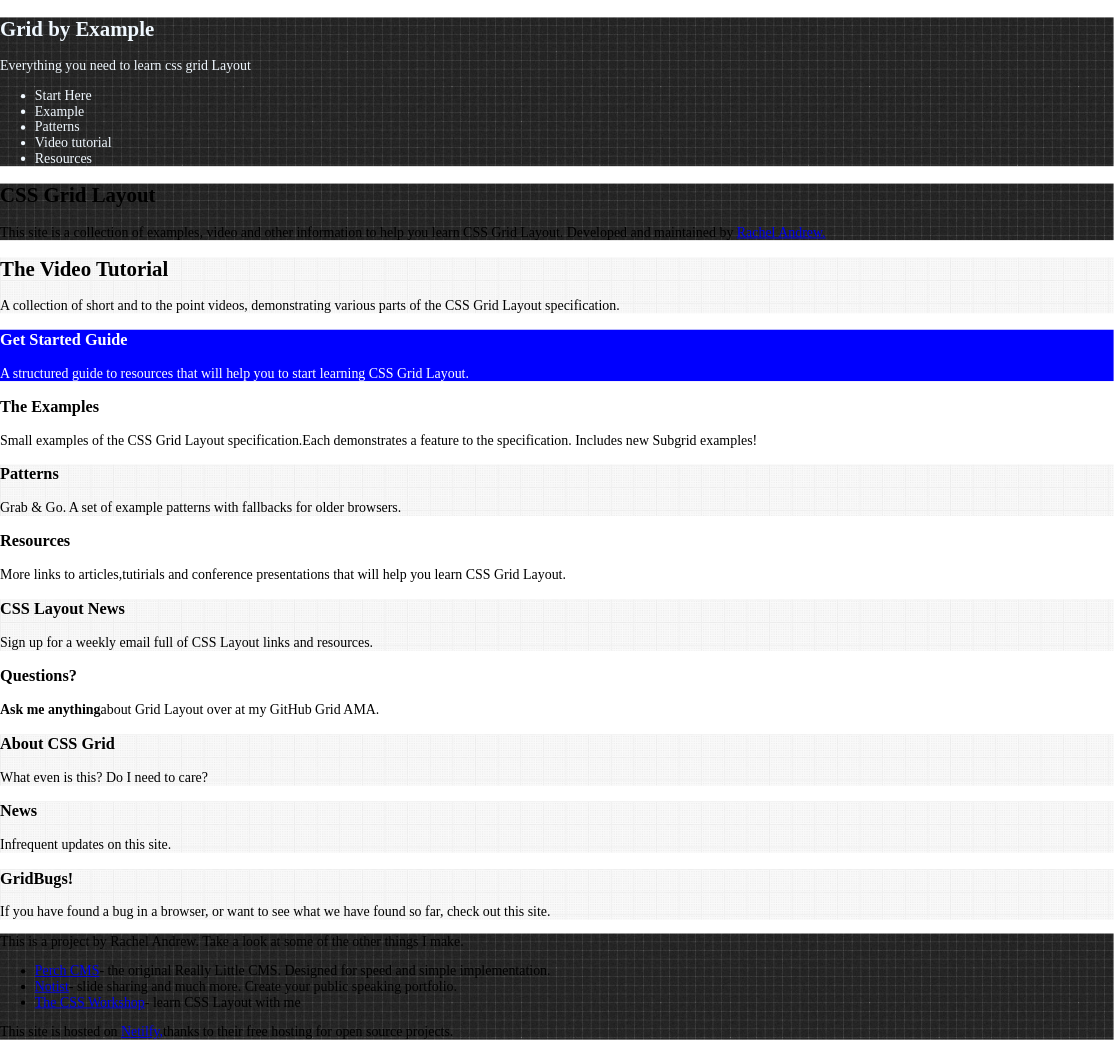
Repository: sitikhusushan/grid
Page: index.html
The author's editor kept a copy of each file at every save. The page is drawn from the files as they stood at one save, then again after the next save.
The browser window is 1280 px wide. The pictures show the whole page, at 87% of full size.

Above is the page before, as saved 2020-05-12 14:08:41.

### index.html
<!DOCTYPE html>
<html lang="en">
  <head>
    <meta charset="UTF-8" />
    <meta name="viewport" content="width=device-width, initial-scale=1.0" />
    <title>Grid View</title>
    <link rel="stylesheet" href="style.css" />
  </head>
  <body>
    <div class="header">
      <div class="container">
        <h2>Grid by Example</h2>
        <p>Everything you need to learn css grid Layout</p>
        <ul>
          <li>Start Here</li>
          <li>Example</li>
          <li>Patterns</li>
          <li>Video tutorial</li>
          <li>Resources</li>
        </ul>
      </div>
    </div>
    <div class="layout">
      <div class="container">
        <div class="left">
          <h2>CSS Grid Layout</h2>
          <p>
            This site is a collection of examples, video and other information
            to help you learn CSS Grid Layout. Developed and maintained by
            <a href="#">Rachel Andrew.</a>
          </p>
        </div>
        <div class="right">
          <h2>The Video Tutorial</h2>
          <p>
            A collection of short and to the point videos, demonstrating various
            parts of the CSS Grid Layout specification.
          </p>
        </div>
      </div>
    </div>
    <div class="guide">
      <div class="container">
        <h3>Get Started Guide</h3>
        <p>
          A structured guide to resources that will help you to start learning
          CSS Grid Layout.
        </p>
      </div>
    </div>
    <div class="new">
      <div class="container">
        <div class="left">
          <h3>The Examples</h3>
          <p>
            Small examples of the CSS Grid Layout specification.Each
            demonstrates a feature to the specification. Includes new Subgrid
            examples!
          </p>
        </div>
        <div class="right">
          <h3>Patterns</h3>
          <p>
            Grab & Go. A set of example patterns with fallbacks for older
            browsers.
          </p>
        </div>
      </div>
    </div>
    <div class="resources">
      <div class="container">
        <div class="left">
          <h3>Resources</h3>
          <p>
            More links to articles,tutirials and conference presentations that
            will help you learn CSS Grid Layout.
          </p>
        </div>
        <div class="right">
          <h3>CSS Layout News</h3>
          <p>
            Sign up for a weekly email full of CSS Layout links and resources.
          </p>
        </div>
      </div>
    </div>
    <div class="question">
      <div class="container">
        <div class="left">
          <h3>Questions?</h3>
          <p>
            <b>Ask me anything</b>about Grid Layout over at my GitHub Grid AMA.
          </p>
        </div>
        <div class="middle">
          <h3>About CSS Grid</h3>
          <p>What even is this? Do I need to care?</p>
        </div>
        <div class="right">
          <h3>News</h3>
          <p>Infrequent updates on this site.</p>
        </div>
      </div>
    </div>
    <div class="bugs">
      <div class="container">
        <h3>GridBugs!</h3>
        <p>
          If you have found a bug in a browser, or want to see what we have
          found so far, check out this site.
        </p>
      </div>
    </div>
  <footer>
    <div class="foo">
      <p>This is a project by Rachel Andrew. Take a look at some of the other things I make.
        <ul>
          <li><a href="#">Perch CMS</a>- the original Really Little CMS. Designed for speed and simple implementation.</li>
          <li><a href="#">Notist</a>- slide sharing and much more. Create your public speaking portfolio.</li>
          <li><a href="#">The CSS Workshop</a>- learn CSS Layout with me</li>
        </ul>
        This site is hosted on <a href="#">Netilfy,</a>thanks to their free hosting for open source projects.
      </p>
    </div>
  </footer>
  </body>
</html>

### style.css
body {
  padding: 0px;
  margin: 0px;
}

.header {
  background-image: url("image/inflicted.png");
  color: aliceblue;
}

.layout .left {
  background-image: url("image/inflicted.png");
}

.right {
  background-image: url("image/tiny_grid.png");
}

.guide {
  background-color: blue;
  color: #ffffff;
}

.right {
  background-image: url("image/tiny_grid.png");
}

.middle {
  background-image: url("image/tiny_grid.png");
}

.bugs {
  background-image: url("image/tiny_grid.png");
}

footer {
  background-image: url("image/inflicted.png");
}

After the next save:
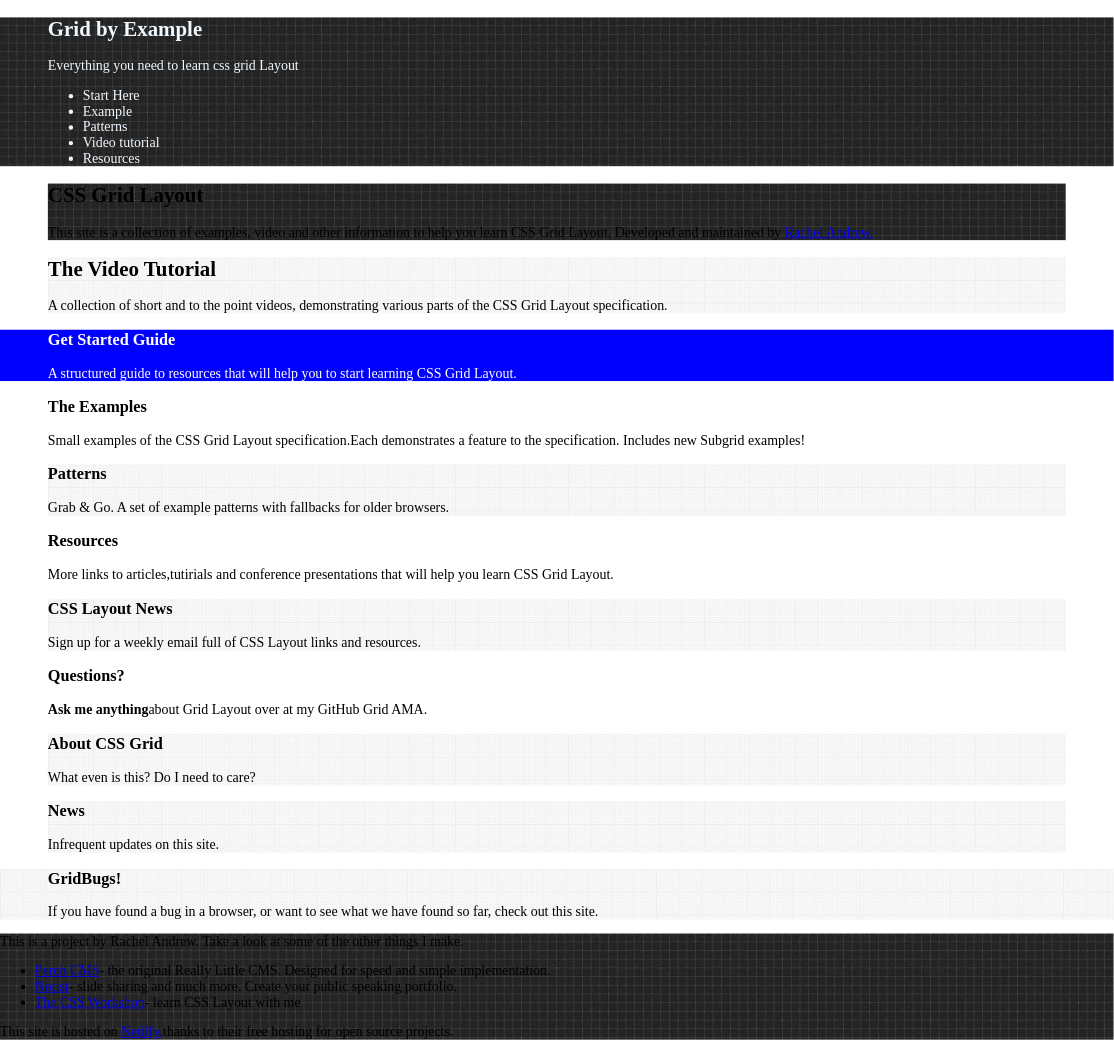
Saved 3 min 42 s later.
--- a/style.css
+++ b/style.css
@@ -3,6 +3,14 @@ body {
   margin: 0px;
 }
 
+.container {
+  width: 1170px;
+  margin-left: auto;
+  margin-right: auto;
+  max-width: 100%;
+  padding-left: 15px;
+  padding-right: 15px;
+}
 .header {
   background-image: url("image/inflicted.png");
   color: aliceblue;
